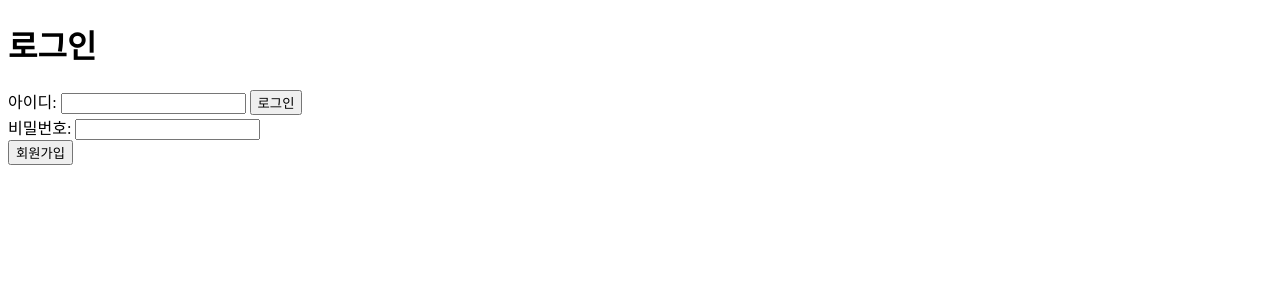
Repository: Chojaejun/javastudy
Page: HelloWorld/WebContent/Test4.html
The author's editor kept a copy of each file at every save. The page is drawn from the files as they stood at one save, then again after the next save.
The browser window is 1280 px wide. The pictures show the whole page.

Above is the page before, as saved 2020-12-07 03:14:43.

### HelloWorld/WebContent/Test4.html
<!DOCTYPE html>
<html>
<head>
<meta charset="UTF-8">
<title>연습 페이지</title>
</head>
<body>
<h1>로그인</h1>
<form action="http://naver.com" method="post">
<label for="id">아이디: </label>
<input id="id" name="id">
<button>로그인</button>
<br>
<label for="ps">비밀번호: </label>
<input id="ps" type="password" name="ps">
<br>
<input type="submit" value="회원가입">

</form>

</body>
</html>

After the next save:
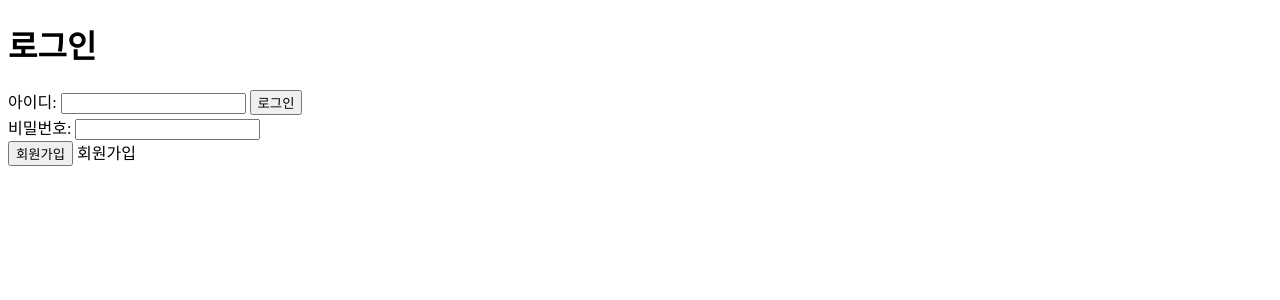
Saved 64 s later.
--- a/HelloWorld/WebContent/Test4.html
+++ b/HelloWorld/WebContent/Test4.html
@@ -14,7 +14,9 @@
 <label for="ps">비밀번호: </label>
 <input id="ps" type="password" name="ps">
 <br>
-<input type="submit" value="회원가입">
+
+<input id="su" type="submit" value="회원가입">
+<label>회원가입</label>
 
 </form>
 

After the 3 saves that followed:
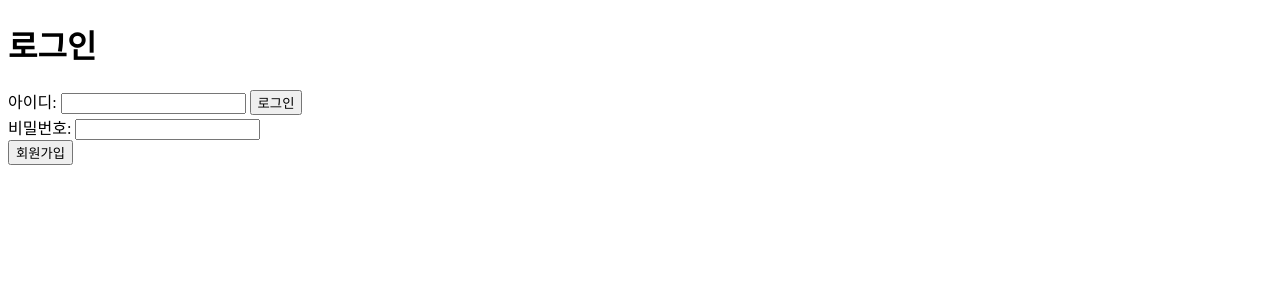
The 3 saves are shown as one change because 2 left the picture as it was.
The last was saved 55 s later.
--- a/HelloWorld/WebContent/Test4.html
+++ b/HelloWorld/WebContent/Test4.html
@@ -16,7 +16,6 @@
 <br>
 
 <input id="su" type="submit" value="회원가입">
-<label>회원가입</label>
 
 </form>
 
